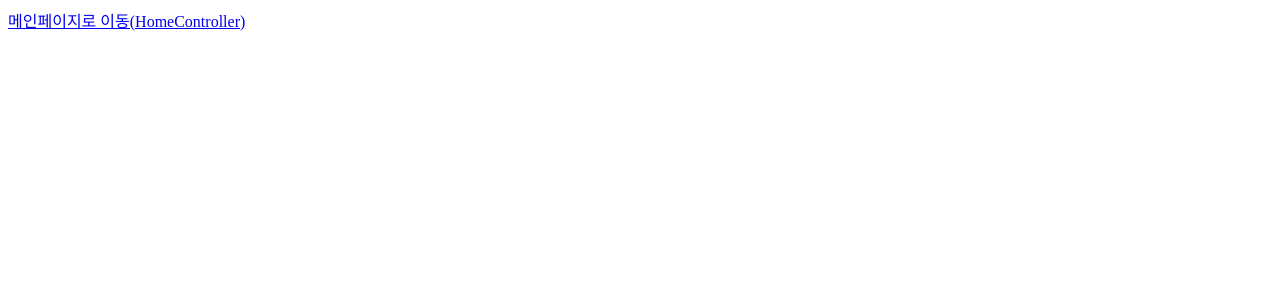
Repository: jeonjin8640/intellij
Page: http://localhost/servlet03/login.jsp
The author's editor kept a copy of each file at every save. The page is drawn from the files as they stood at one save, then again after the next save.
The browser window is 1280 px wide. The pictures show the whole page.
The page is served by Tomcat 9.

Above is the page before, as saved 2024-01-04 06:22:21.

After the next save:
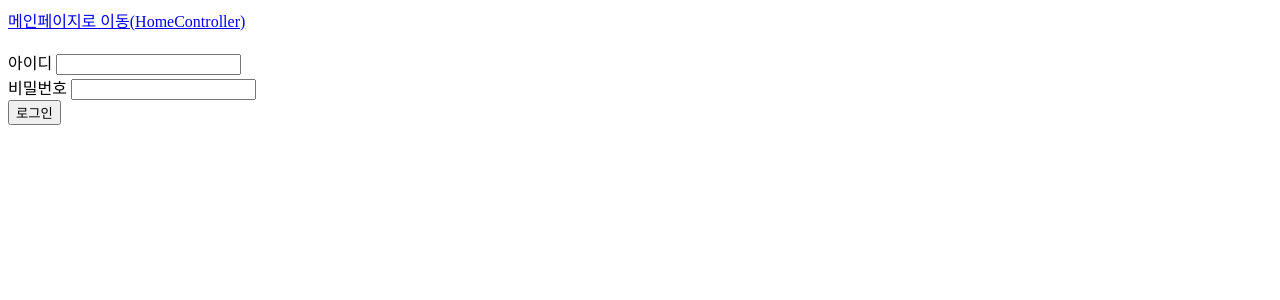
Saved 2 s later.
--- a/source/servlet03/src/main/webapp/login.jsp
+++ b/source/servlet03/src/main/webapp/login.jsp
@@ -8,5 +8,15 @@
 </head>
 <body>
 <a href="/servlet03">메인페이지로 이동(HomeController)</a>
+<br />
+<br />
+
+<form method="post" action="//servlet03/login">
+	<label>아이디</label>
+	<input type="text" name="userid"><br />
+	<label>비밀번호</label>
+	<input type="text" name="passwd"><br />
+	<input type="submit" value="로그인"><br />
+</form>
 </body>
 </html>
